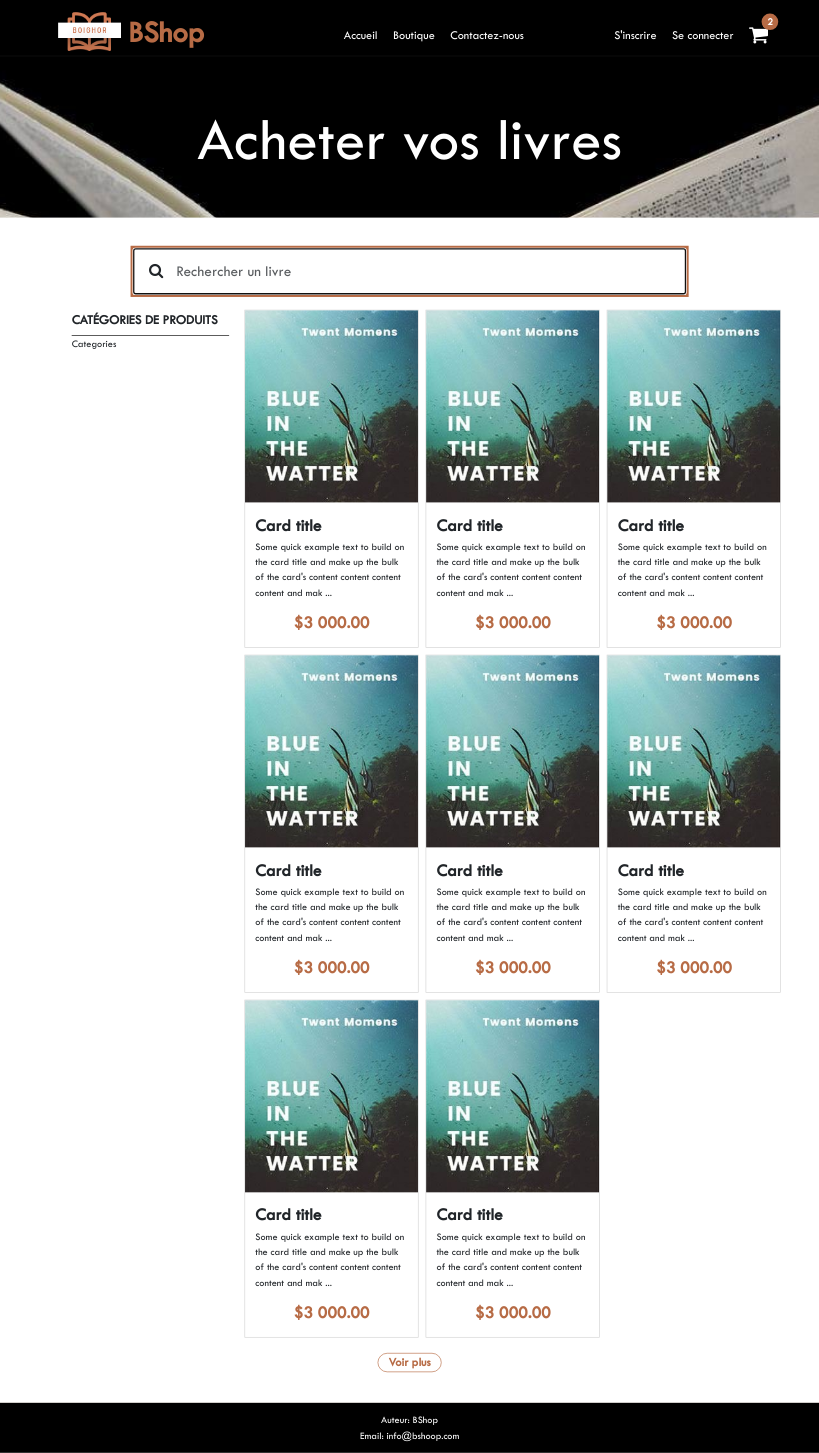
Repository: padevft/e-commerce-php
Page: http://localhost/server/pages/shop.php
The author's editor kept a copy of each file at every save. The page is drawn from the files as they stood at one save, then again after the next save.
The browser window is 1280 px wide. The pictures show the whole page, at 64% of full size.
The first visible `.content-search` has the focus.
The page is run by PHP 8.4 with error messages shown; the project is at /var/www/html/.

Above is the page before, as saved 2023-09-18 11:41:38.

After the next save:
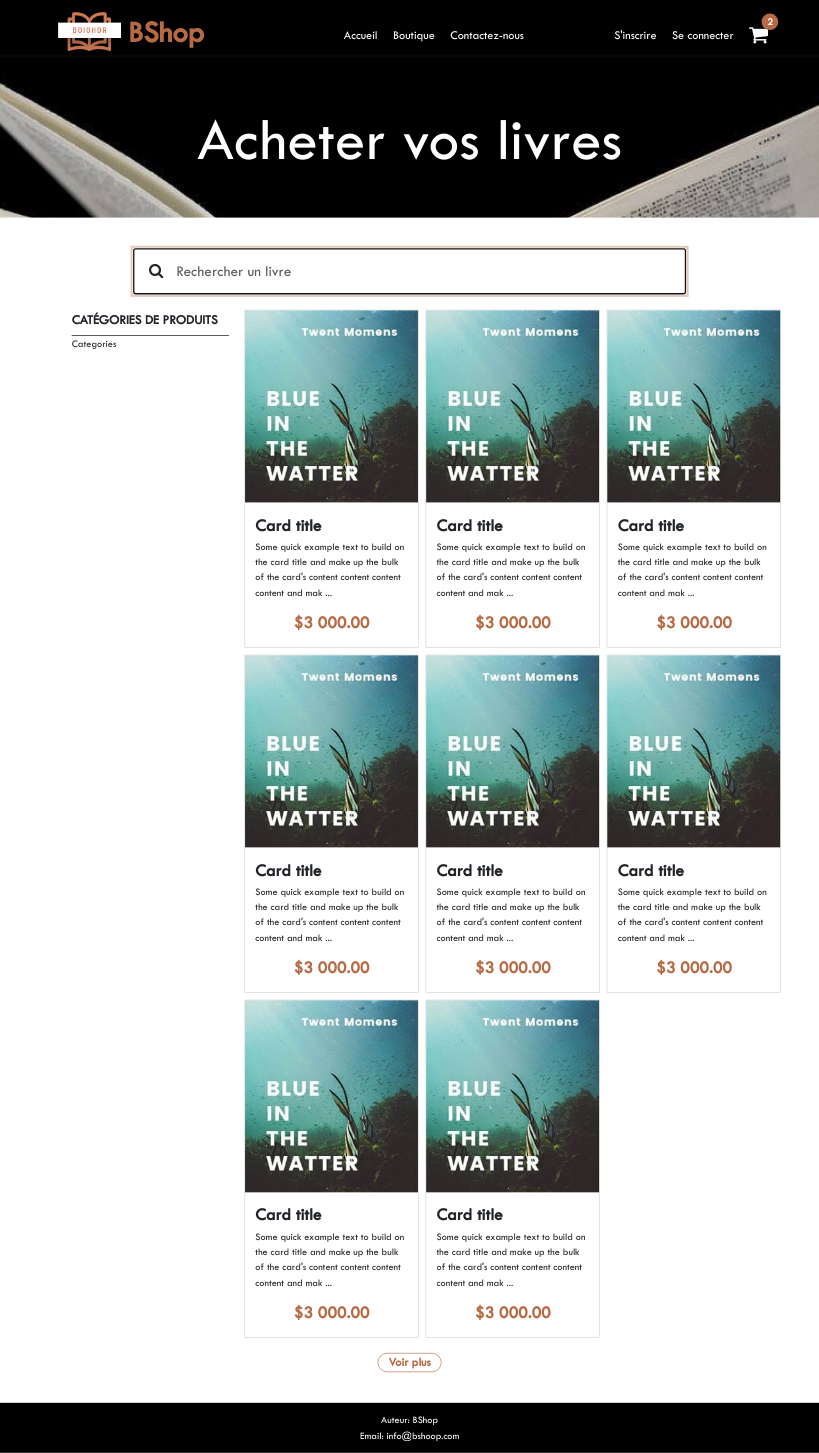
Saved 11 s later.
--- a/client/css/styles.css
+++ b/client/css/styles.css
@@ -311,7 +311,7 @@ Main
 }
 .content-search:focus-within{
   border:1px solid var(--color-primary);
-  box-shadow: 0 0 0 0.25rem var(--color-primary);
+  box-shadow: 0 0 0 0.25rem var(--color-primary-1);
 }
 .content-search i{
   font-size: 1.5rem;
